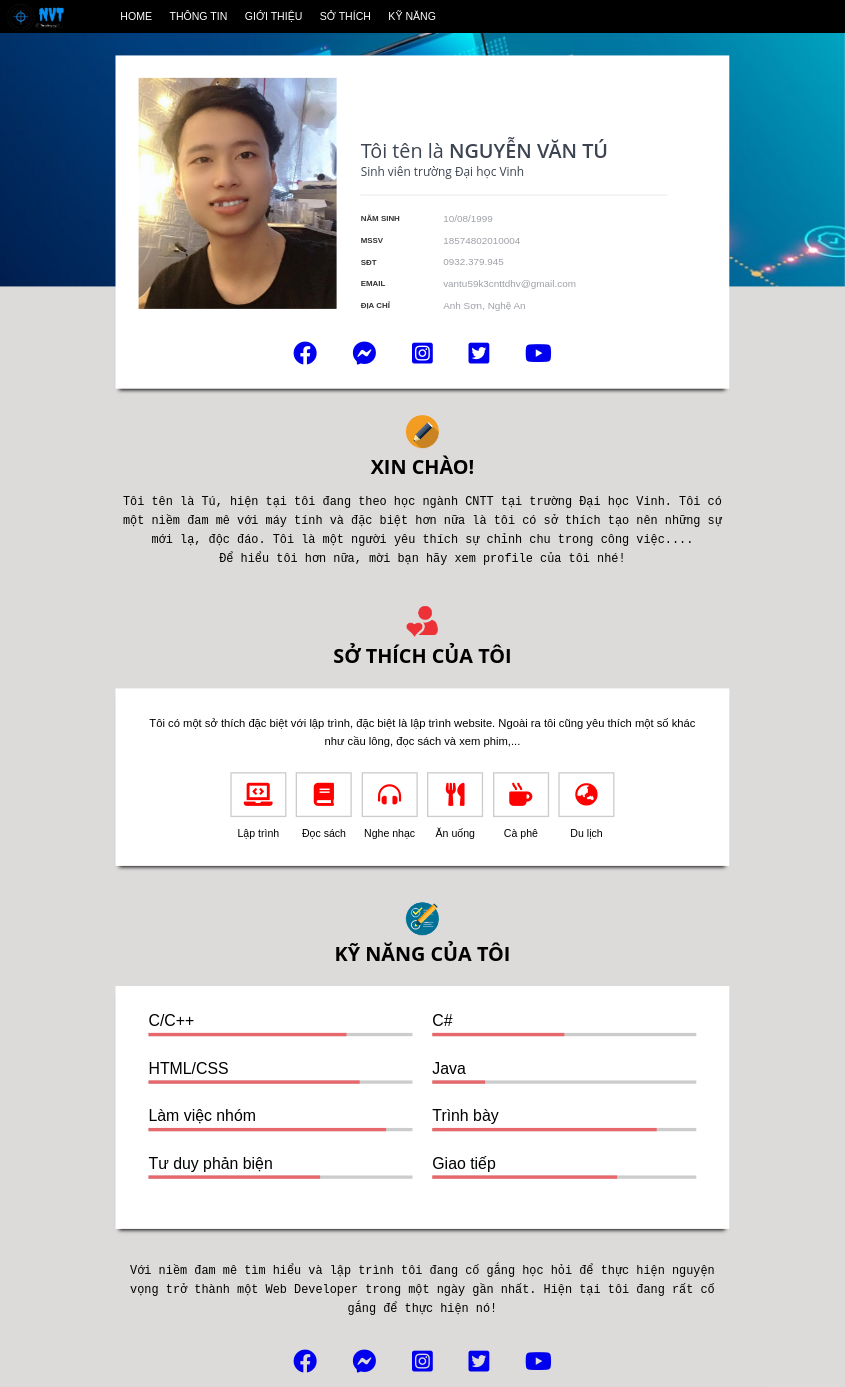
Repository: vantu99it/Web-ca-nhan
Page: index.html
These files come from the project's save history. The page is drawn as it stood at one moment and after the next save; the edit follows.
The browser window is 1280 px wide. The pictures show the whole page, at 66% of full size.

Above is the page before, as saved 2021-10-06 20:57:23.

After the next save:
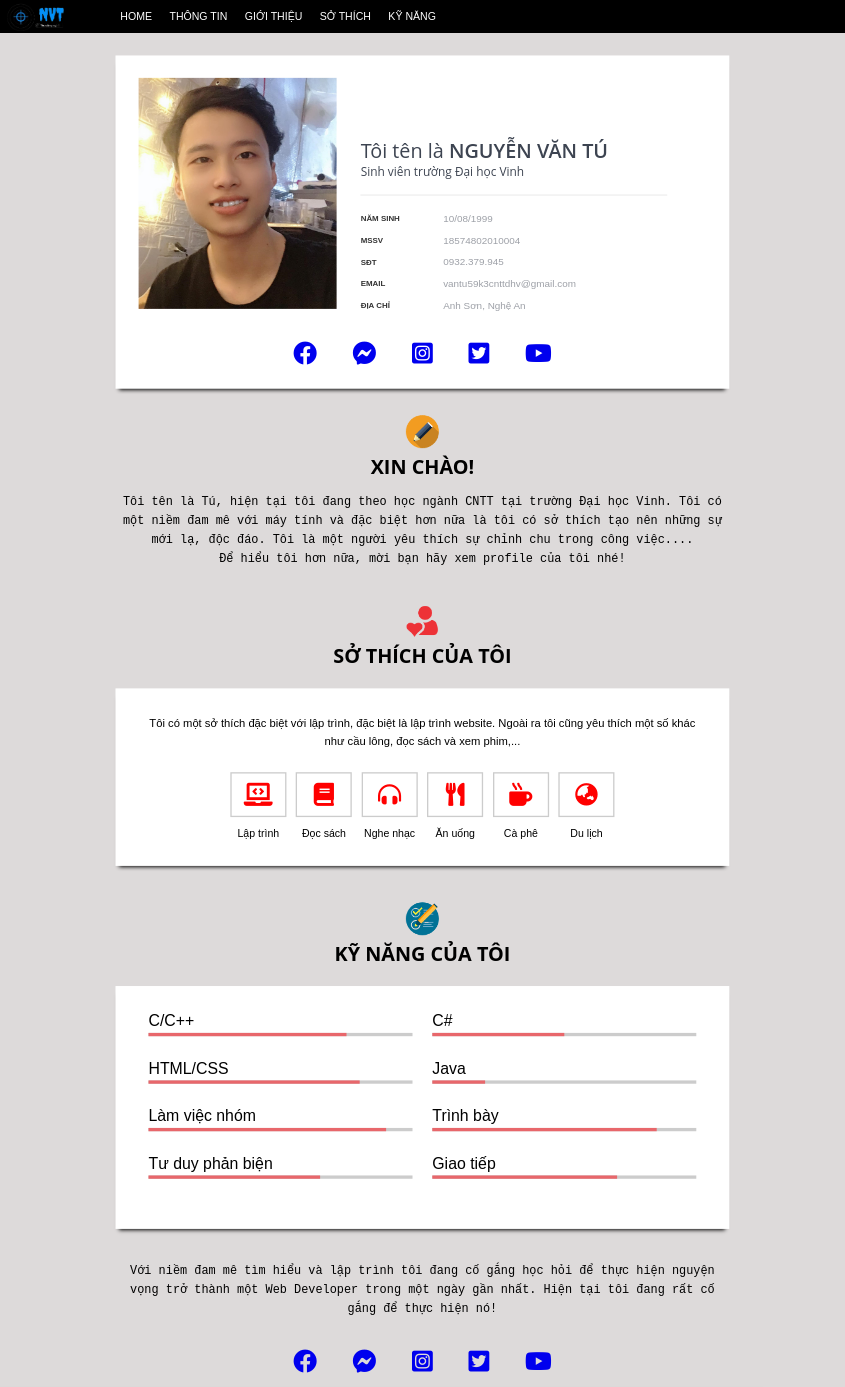
Not found: assets/css/assets/img/background.jpg
Saved 132 days later.
--- a/assets/css/style.css
+++ b/assets/css/style.css
@@ -58,7 +58,7 @@
 
 #header-bg {
     padding-top: 30%;
-    background: url('/assets/img/background.jpg') top center / cover no-repeat ;
+    background: url('./assets/img/background.jpg') top center / cover no-repeat ;
     margin-top: 50px;
 
 }

After the 2 saves that followed:
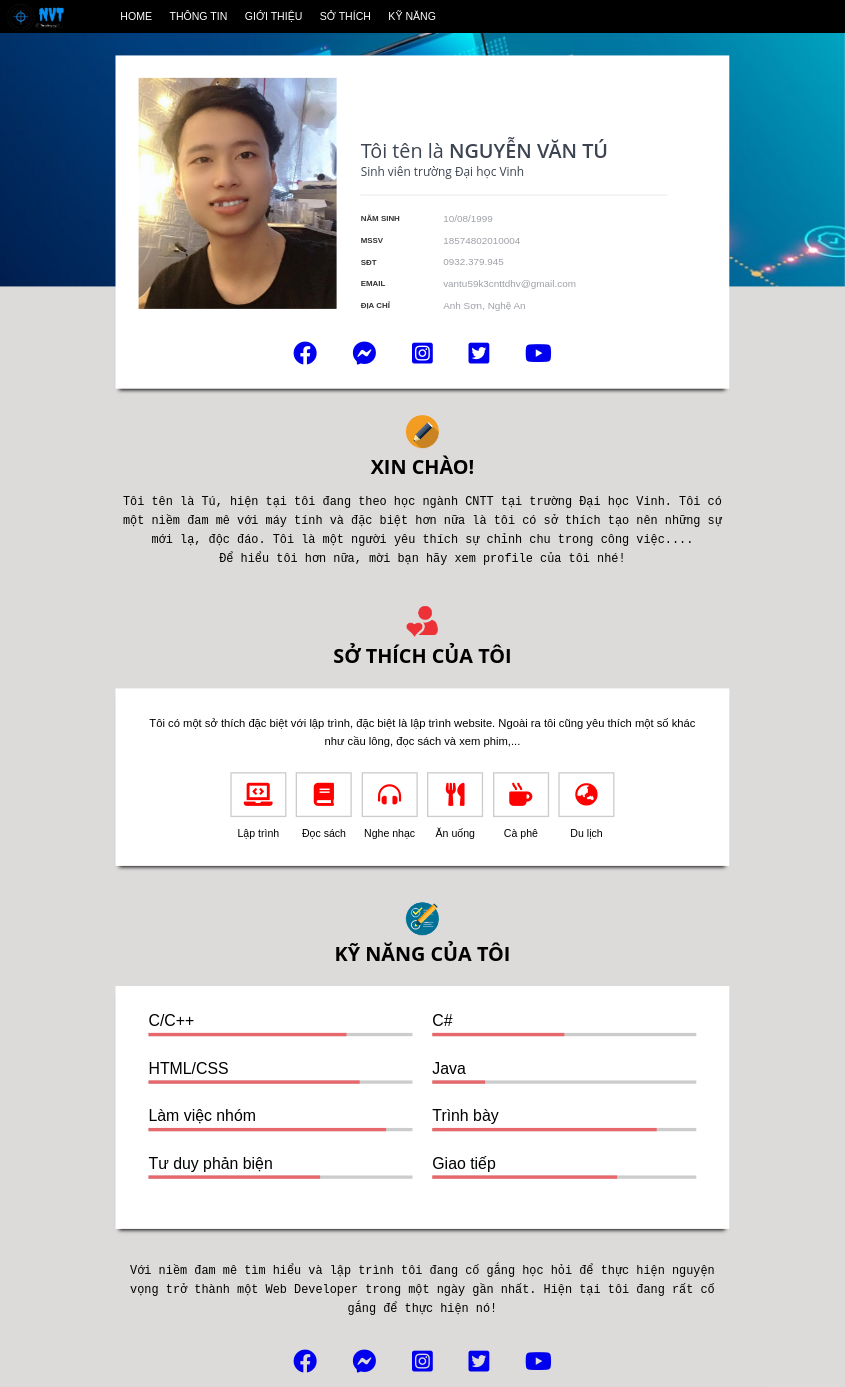
The 2 saves are shown as one change because 1 left the picture as it was.
The last was saved 99 s later.
--- a/assets/css/style.css
+++ b/assets/css/style.css
@@ -58,7 +58,7 @@
 
 #header-bg {
     padding-top: 30%;
-    background: url('./assets/img/background.jpg') top center / cover no-repeat ;
+    background: url('../img/background.jpg') top center / cover no-repeat ;
     margin-top: 50px;
 
 }
